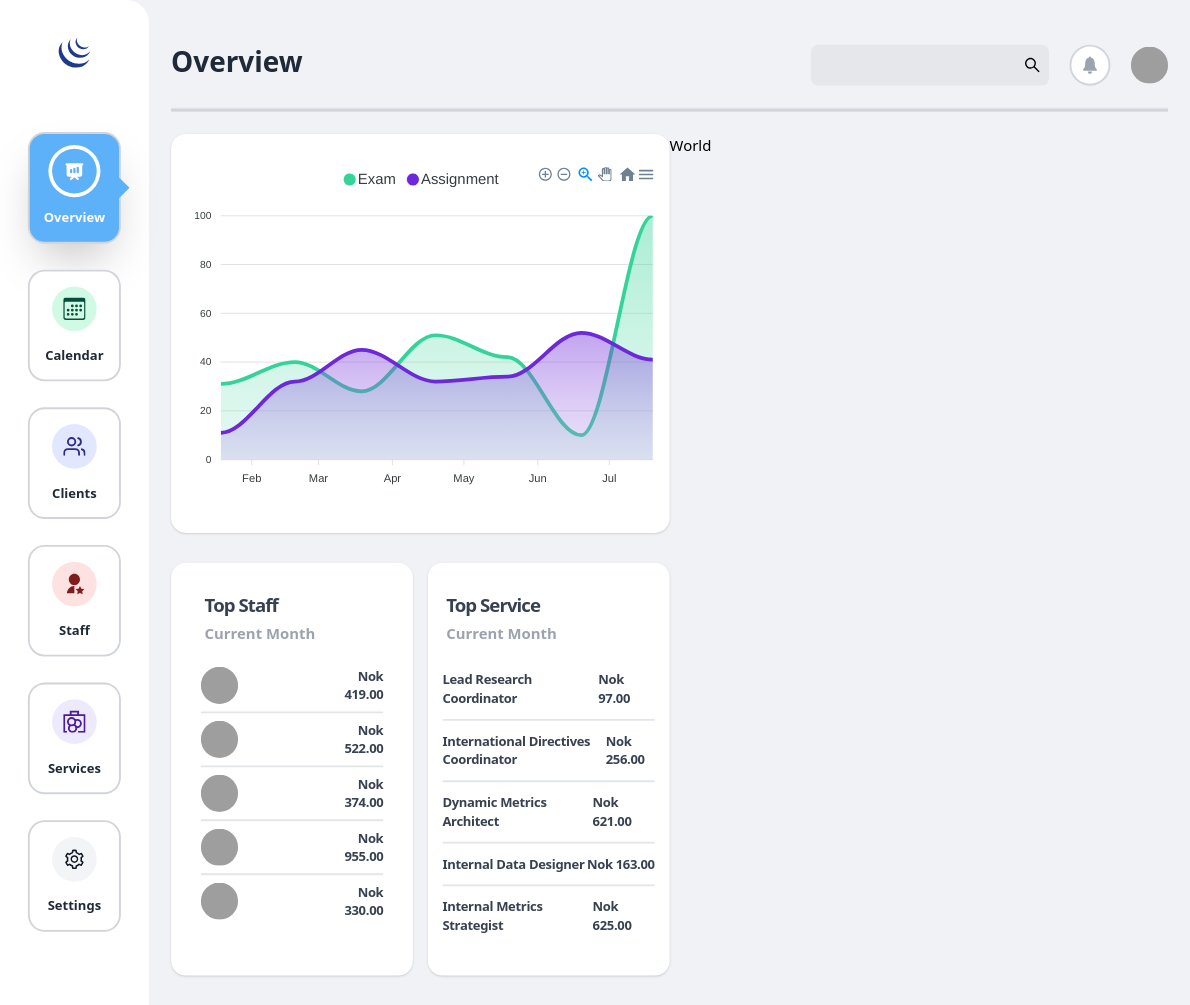
Repository: coolronts/dashboard
Page: /
An editor plug-in stored every save of this project. The page is shown before and after the next save, followed by the edit.
The browser window is 1280 px wide. The pictures show the whole page, at 93% of full size.
Pictures or frames that could not be fetched are drawn as grey boxes. The project was rebuilt for these pictures with package versions that can differ from the ones it lists, and the page was loaded fresh each time. Also part of the build but not shown: craco.config.js.

Above is the page before, as saved 2021-11-28 04:49:51.

After the next save:
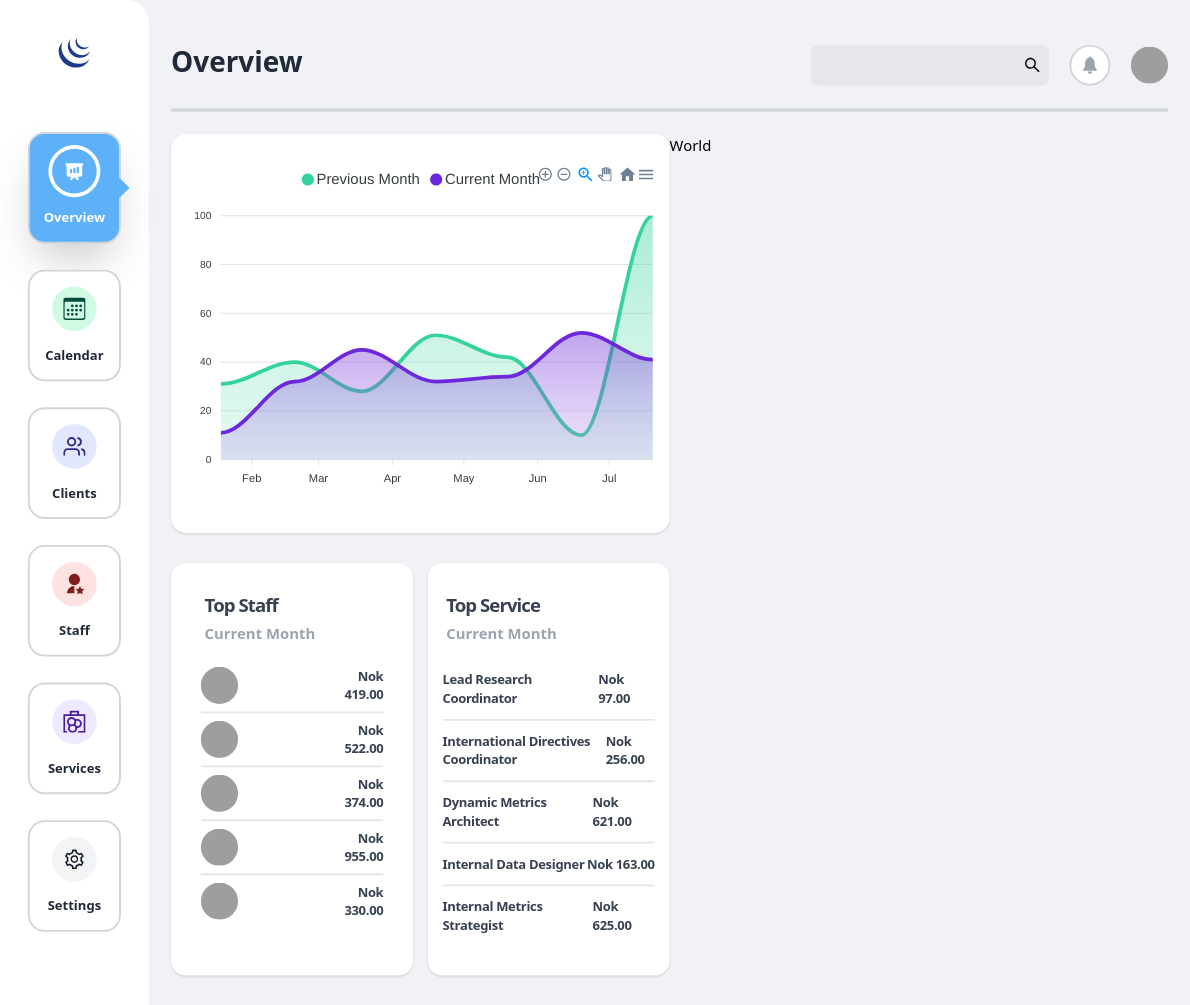
Saved 3 min 58 s later.
--- a/src/Components/Charts/MultiLine/index.jsx
+++ b/src/Components/Charts/MultiLine/index.jsx
@@ -2,10 +2,10 @@ import ReactApexChart from "react-apexcharts";
 
 const series = [
   {
-    name: 'Exam',
+    name: 'Previous Month',
     data: [31, 40, 28, 51, 42, 10, 100]
   }, {
-    name: 'Assignment',
+    name: 'Current Month',
     data: [11, 32, 45, 32, 34, 52, 41]
   }
 ]
